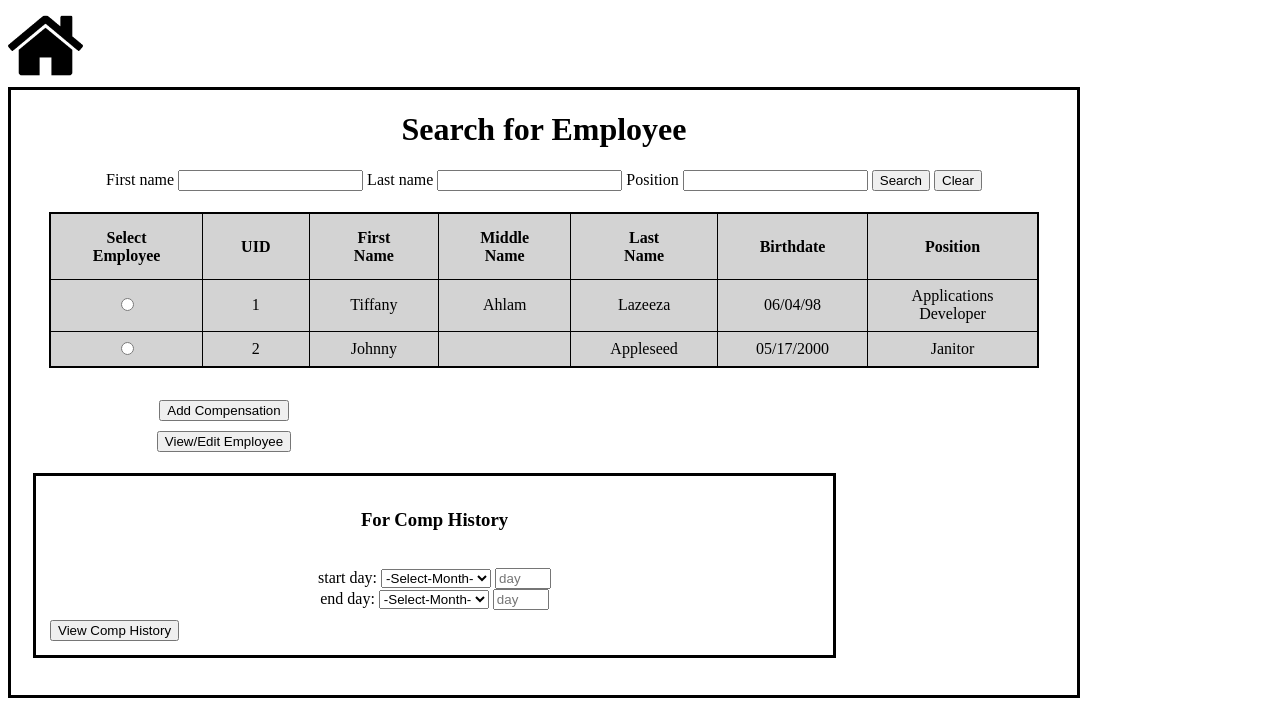
Repository: ticross18/SpringBootEmployeeSystem
Page: http://localhost/searchEmp
An editor plug-in stored every save of this project. The page is shown before and after the next save, followed by the edit.
The browser window is 1280 px wide. The pictures show the whole page.
The page is this project's Thymeleaf template; nobody is signed in. The template is opened directly, without the code that normally fills it, so the values that code supplies are empty.

Above is the page before, as saved 2022-05-17 18:11:00.

### EmploymentSystem/src/main/resources/templates/searchEmp.html
<!DOCTYPE html>
<html>
<head>
	<title>Search for Employee</title>
	<meta charset="UTF-8">
	<meta name="viewport" content="width=device-width, initial-scale=1.0">
	<link href="css/screens.css" rel="stylesheet" type="text/css">
</head>
<body>

<a href="/"><img src="images/homeIcon2.png" id="homeButton" alt="home button"></a>

<div id="SearchEmpBox" >
	<h1 id="title">Search for Employee</h1>

	<form>
		<label for="fname">First name </label>
		<input type="text" id="fname" name="fname">
		<label for="lname">Last name  </label>
		<input type="text" id="lname" name="lname">
		<label for="position">Position</label>
		<input type="text" id="position" name="position">
		<button type="button" name ="search">Search</button>
		<button type="clear" name ="clear">Clear</button>
	</form>

	<table border=1  rules=rows id="results" >
		<tr>
			<th>Select Employee</th>
			<th>UID</th>
			<th>First Name</th>
			<th>Middle Name</th>
			<th>Last Name</th>
			<th>Birthdate</th>
			<th>Position</th>
		</tr>
		 <tr class="entries">
			<td><input type="radio" name="edit" class="editEmp"/></td>
			<td>1</td>
			<td>Tiffany</td>
			<td>Ahlam</td>
			<td>Lazeeza</td>
			<td>06/04/98</td>
			<td>Applications Developer</td>
		</tr>
		 <tr class="entries">
			<td><input type="radio" name="edit" class="editEmp"/></td>
			<td>2</td>
			<td>Johnny</td>
			<td></td>
			<td>Appleseed</td>
			<td>05/17/2000</td>
			<td>Janitor</td>
		</tr>

	</table>

     <button type="button" class="optionButtons" onclick="location.href = '#';"  id="addEmp" > Add Compensation </button>

     <button type="button" class="optionButtons" onclick="location.href = '#';" id="viewEditEmp"> View/Edit Employee </button>

	<div id="dateRange">
		<h3>For Comp History</h3><br>

		<label >start day:</label>
		    <select class='monthDropDown'>
			    <option selected value=''>-Select-Month-</option>
			    <option value='1'>January</option>
			    <option value='2'>February</option>
			    <option value='3'>March</option>
			    <option value='4'>April</option>
			    <option value='5'>May</option>
			    <option value='6'>June</option>
			    <option value='7'>July</option>
			    <option value='8'>August</option>
			    <option value='9'>September</option>
			    <option value='10'>October</option>
			    <option value='11'>November</option>
			    <option value='12'>December</option>
		    </select>
		    <input type="number"min="0" max="31" placeholder="day"/>

		    <br>

		<label>end day:</label>
		<select class='monthDropDown'>
		    <option selected value=''>-Select-Month-</option>
		    <option value='1'>January</option>
		    <option value='2'>February</option>
		    <option value='3'>March</option>
		    <option value='4'>April</option>
		    <option value='5'>May</option>
		    <option value='6'>June</option>
		    <option value='7'>July</option>
		    <option value='8'>August</option>
		    <option value='9'>September</option>
		    <option value='10'>October</option>
		    <option value='11'>November</option>
		    <option value='12'>December</option>
	    </select>
	    <input type="number"min="0" max="31" placeholder="day"/>
	     <br><button type="button" class="optionButtons" onclick="location.href = '#';" id="compHistory" > View Comp History </button>

	</div>


</div>
</body>
</html>

### EmploymentSystem/src/main/resources/static/css/screens.css
.container {
   display: flex;

}

#homeButton{
	width:75px;
	height:75px;
	position: relative;
}

.asterisk{
	color: red;
}

#addEmpBox {
	padding-left: 40vw;
	border: 3px solid rgb(0, 0, 0);
	padding-bottom: 15px;
}

#addEmpBox input {
	margin-bottom: 15px;
	padding: 2px;
}

#SearchEmpBox {
	border: 3px solid rgb(0, 0, 0);
	padding-bottom: 15px;
	margin-right: 15vw;
	text-align: center;
}

#userInput {
	display:inline-table;
}

#results {
	border: 2px solid black;
	margin: 10px;
	background-color: lightgrey;
	border-collapse: collapse;
	margin:  3vh 3vw;
}

#results th {
	padding: 2vh 3vw;
	border-left: 1px solid #000;
    border-right: 1px solid #000;
}

#results td {
	padding: 1vh 3vw ;
	border-left: 1px solid #000;
    border-right: 1px solid #000;

}

#finalEdit{
	text-align: left;
	position: left;
}

button.optionButtons {
	margin-top: 10px;
	margin-right: 50vw;
}

button.optionButtons:active {
  box-shadow: 0 5px #666;
  transform: translateY(4px);
}

button.optionButtons:hover {
  background-color: rgb(255, 255, 128);
  cursor: pointer;
}

#dateRange {
	border: 3px solid rgb(0, 0, 0);
	width:fit-content;
	margin: 3vh;
	padding: 2vh;
}



.monthDropDown {
	width:110px;
}


tr.entries:hover {
  background-color: white;
  cursor: pointer;
}

After the next save:
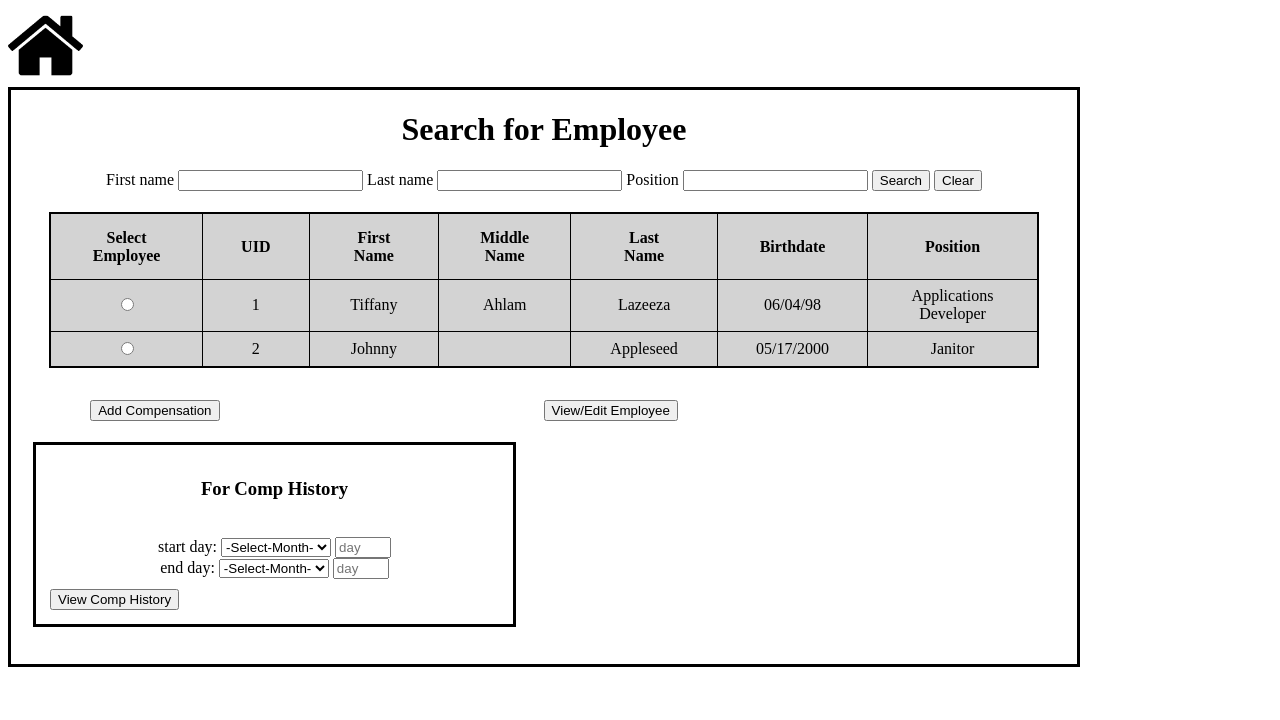
Saved 7 s later.
--- a/EmploymentSystem/src/main/resources/static/css/screens.css
+++ b/EmploymentSystem/src/main/resources/static/css/screens.css
@@ -63,7 +63,7 @@
 
 button.optionButtons {
 	margin-top: 10px;
-	margin-right: 50vw;
+	margin-right: 25vw;
 }
 
 button.optionButtons:active {
